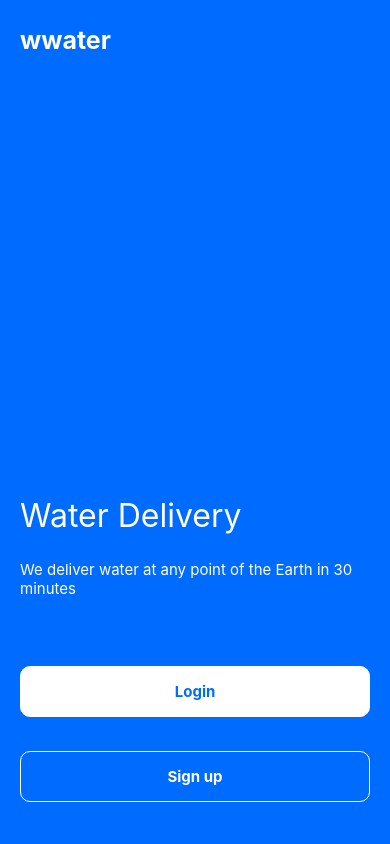
Repository: mtuguldr/myproject
Screen: /
The author's editor kept a copy of each file at every save. The screen is drawn from the files as they stood at one save, then again after the next save.
The app was drawn by React Native's web renderer in a window 390 px wide. The project was rebuilt for these pictures with package versions that can differ from the ones it lists, and the page was loaded fresh each time. Also part of the build but not shown: app/Screens/HomeScreen.js.

Above is the screen before, as saved 2021-10-20 16:01:56.

After the next save:
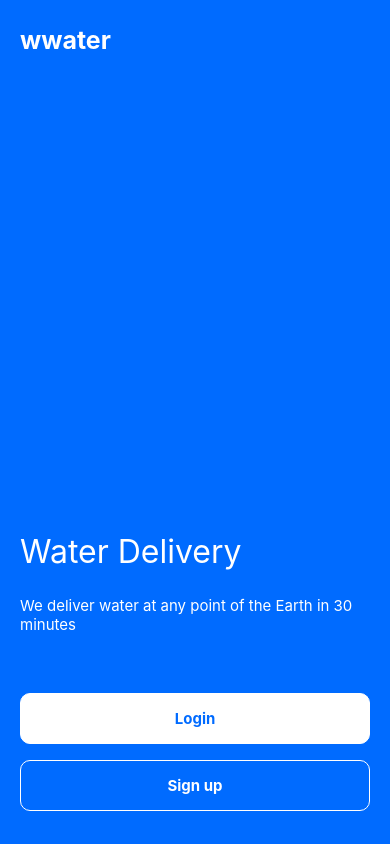
Saved 6 s later.
--- a/app/components/Button.js
+++ b/app/components/Button.js
@@ -45,7 +45,7 @@ const styles = StyleSheet.create({
 		borderRadius: 10,
 		padding: 15,
 		borderWidth: 1,
-		marginVertical: hp('2%'),
+		marginVertical: hp('1%'),
 	},
 	text: {
 		fontWeight: 'bold',
